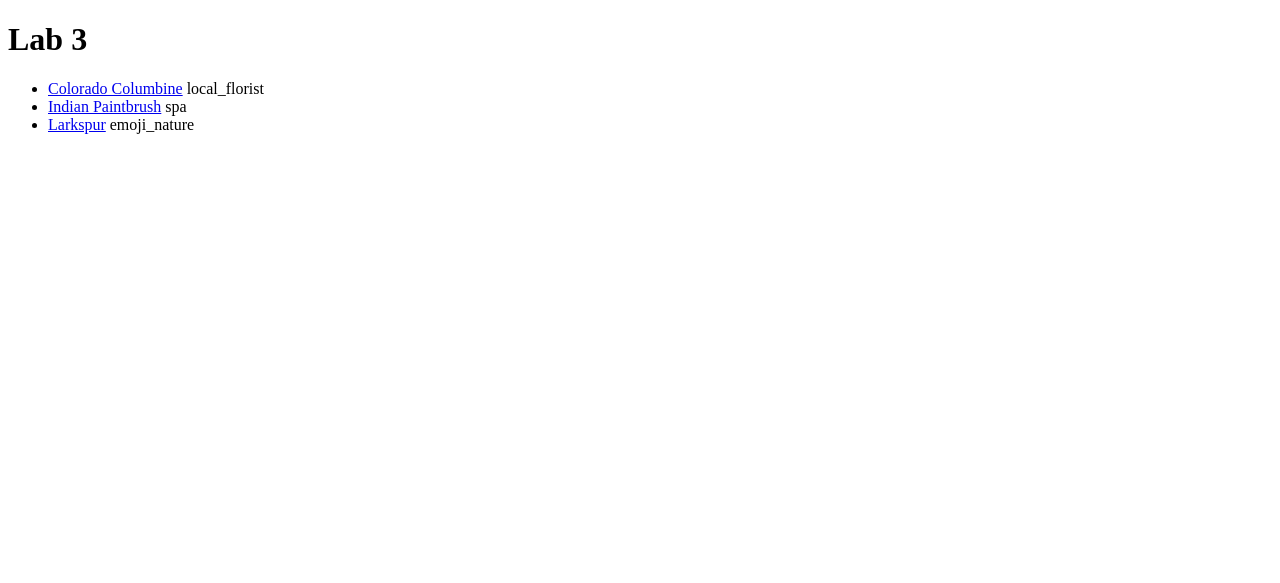
Repository: ethan-schrauf/UniversalDesignWebsite
Page: lab3.html
An editor plug-in stored every save of this project. The page is shown before and after the next save, followed by the edit.
The browser window is 1280 px wide. The pictures show the whole page.

Above is the page before, as saved 2023-10-13 18:44:13.

### lab3.html
<!DOCTYPE html>
<html lang="en">
<head>
    <meta charset="UTF-8">
    <meta http-equiv="X-UA-Compatible" content="IE=edge">
    <meta name="viewport" content="width=device-width, initial-scale=1.0">
    <title>Lab 3</title>
    <link href="wikipedia.css" rel="stylesheet">
    <title>Document</title>
</head>
<body>

    <header>
        <h1>Lab 3</h1>
        <nav>
            <ul>
                <li><a href="#Colorado Columbine">Colorado Columbine</a> <span aria-hidden=”true” class="material-symbols-outlined">local_florist</span></li>
                <li><a href="#Indian Paintbrush">Indian Paintbrush</a> <span aria-hidden=”true” class="material-symbols-outlined">spa</span></li>
                <li><a href="#Larkspur">Larkspur</a> <span aria-hidden=”true” class="material-symbols-outlined">emoji_nature</span></li>
            </ul>
        </nav>
    </header>

    <main></main>

</body>
</html>

### wikipedia.css

#intro {
    float: left;
    width: 70%;
}

#infobox {
    float: right;
    width: 30%;
    text-align: center;
}

#infobox img {
    max-width: 100%;
    height: auto;
}

/* New section for the fashion week photo */
#fashion-week-photo {
    float: right;
    width: 35%;
    margin-left: 20px; /* Add some margin to separate it from the text */
}

#fashion-week-photo img {
    max-width: 100%;
    height: auto;
}

/* Add a line below h2 headings */
h2 {
    border-bottom: 1px solid #000; /* Change the color and style as needed */
    padding-bottom: 5px; /* Adjust the spacing between the text and the line */
}

/* Add the .sr-only class styles */
.sr-only {
    border: 0;
    clip: rect(0, 0, 0, 0);
    height: 1px;
    margin: -1px;
    overflow: hidden;
    padding: 0;
    position: absolute;
    white-space: nowrap;
    width: 1px;
}

/* Apply Arial font to all paragraphs */
p {
    font-family: Arial, sans-serif;
    font-size: 14px;
}

/* Unbold all h2 headings */
h2 {
    font-weight: normal;
}

.container {
    margin: 0 auto;
    max-width: 960px;
}

table, th, td {
    border: 1px solid;
}

After the next save:
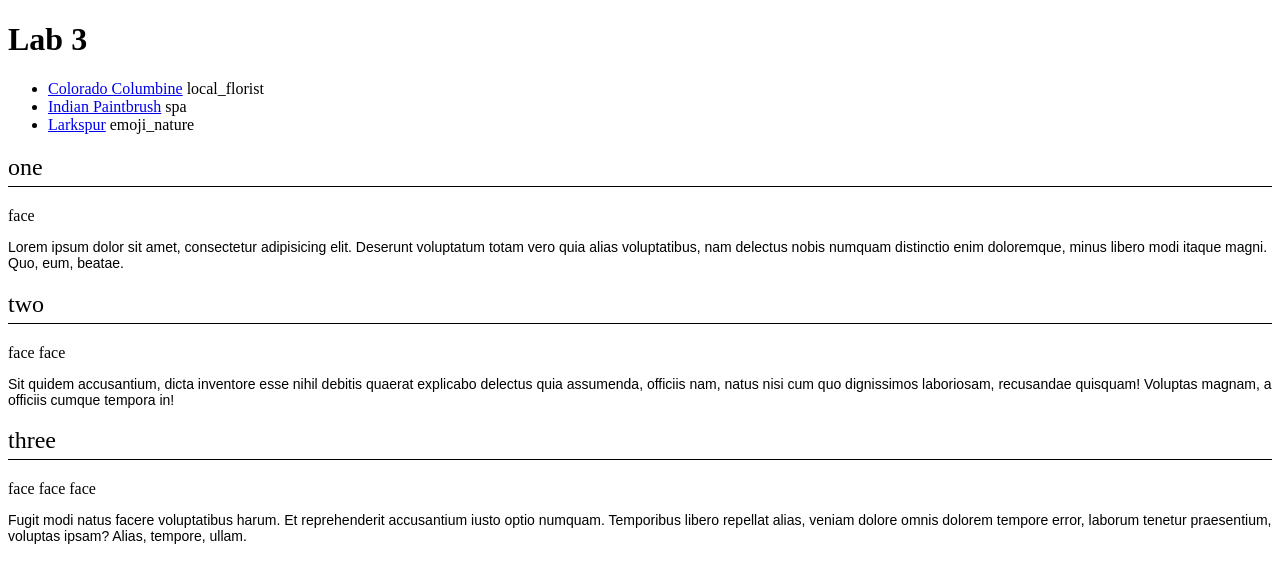
Saved 37 s later.
--- a/lab3.html
+++ b/lab3.html
@@ -19,6 +19,22 @@
                 <li><a href="#Larkspur">Larkspur</a> <span aria-hidden=”true” class="material-symbols-outlined">emoji_nature</span></li>
             </ul>
         </nav>
+        <main id="maincontent">
+            <section id="one">
+              <h2>one</h2>
+              <span aria-hidden=”true” class="material-icons">face</span>
+              <p>Lorem ipsum dolor sit amet, consectetur adipisicing elit. Deserunt voluptatum totam vero quia alias voluptatibus, nam delectus nobis numquam distinctio enim doloremque, minus libero modi itaque magni. Quo, eum, beatae.</p>
+            </section>
+            <section id="two">
+              <h2>two</h2>
+              <span aria-hidden=”true” class="material-icons">face face</span>
+              <p>Sit quidem accusantium, dicta inventore esse nihil debitis quaerat explicabo delectus quia assumenda, officiis nam, natus nisi cum quo dignissimos laboriosam, recusandae quisquam! Voluptas magnam, a officiis cumque tempora in!</p>
+            </section id="one">
+            <section id="three">
+              <h2>three</h2>
+              <span aria-hidden=”true” class="material-icons">face face face</span>
+              <p>Fugit modi natus facere voluptatibus harum. Et reprehenderit accusantium iusto optio numquam. Temporibus libero repellat alias, veniam dolore omnis dolorem tempore error, laborum tenetur praesentium, voluptas ipsam? Alias, tempore, ullam.</p>
+            </section>
     </header>
 
     <main></main>
